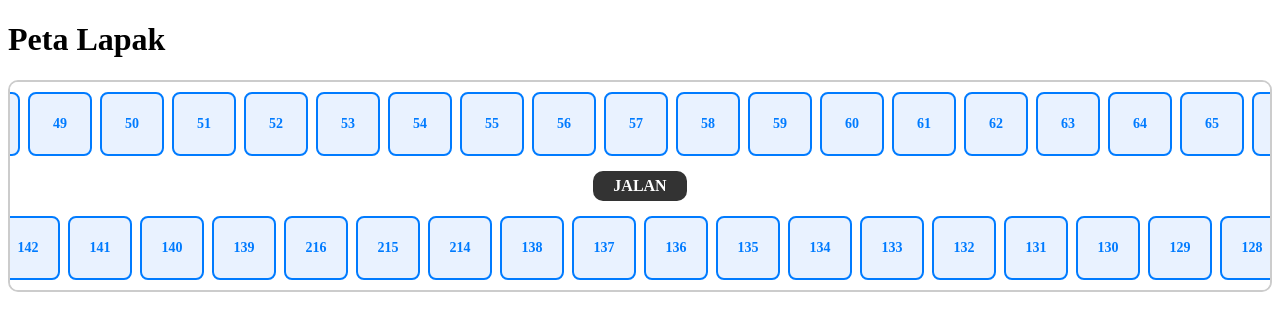
Repository: pasarrakyatbak/denah
Page: index.html
An editor plug-in stored every save of this project. The page is shown before and after the next save, followed by the edit.
The browser window is 1280 px wide. The pictures show the whole page.

Above is the page before, as saved 2025-09-19 08:02:52.

### index.html
<!DOCTYPE html>
<html lang="id">

<head>
    <meta charset="UTF-8">
    <meta name="viewport" content="width=device-width, initial-scale=1.0">
    <title>Peta Lapak</title>
    <link rel="stylesheet" href="style.css">
</head>

<body>
    <h1>Peta Lapak</h1>

    <div class="scroll-container">
        <div class="road-layout">
            <!-- Sisi Kiri -->
            <div class="side left" id="left-side"></div>

            <!-- Jalan Tengah -->
            <div class="road">JALAN</div>

            <!-- Sisi Kanan -->
            <div class="side right" id="right-side"></div>
        </div>
    </div>

    <script src="script.js"></script>
</body>

</html>

### style.css
/* Kontainer scroll horizontal */
.scroll-container {
    max-width: 100%;
    overflow-x: auto;
    border: 2px solid #ccc;
    border-radius: 10px;
    background: #fff;
    white-space: nowrap;
    padding: 10px;
}

/* Layout: atas (kanan) - jalan - bawah (kiri) */
.road-layout {
    display: flex;
    flex-direction: column;
    /* urut ke bawah */
    align-items: center;
    gap: 15px;
}

/* Kolom sisi jadi horizontal */
.side {
    display: flex;
    flex-direction: row;
    gap: 8px;
}

/* Jalan horizontal */
.road {
    writing-mode: horizontal-tb;
    font-weight: bold;
    background: #333;
    color: #fff;
    padding: 6px 20px;
    border-radius: 10px;
}

/* Kotak lapak */
.lapak {
    width: 60px;
    height: 60px;
    display: flex;
    align-items: center;
    justify-content: center;
    border: 2px solid #007bff;
    border-radius: 8px;
    background: #e9f2ff;
    font-size: 14px;
    font-weight: bold;
    color: #007bff;
}

/* Gerbang */
.jalan-gerbang {
    width: 60px;
    height: 60px;
    background: orange;
    color: white;
    font-weight: bold;
    display: flex;
    align-items: center;
    justify-content: center;
    border-radius: 6px;
    writing-mode: horizontal-tb;
}

/* Responsif */
@media (max-width: 1024px) {
    .lapak {
        width: 50px;
        height: 50px;
        font-size: 12px;
    }
}

@media (max-width: 600px) {
    .lapak {
        width: 40px;
        height: 40px;
        font-size: 11px;
    }
}

### script.js
// Nomor lapak sisi kiri
const leftNumbers = [
    1, 2, 3, 4, 5, 6, 7, 8, 9, 10, 11,
    15, 16, 17, 18, 19, 20, 21, 22, 23, 24, 25, 26, 27, 28, 29, 30,
    31, 32, 33, 34, 35, 36, 37, 38, 39, 40, 41, 42, 43, 44, 45, 46, 47, 48, 49, 50,
    51, 52, 53, 54, 55, 56, 57, 58, 59, 60, 61, 62, 63, 64, 65, 66, 67, 68, 69, 70,
    71, 72, 73, 74, 75, 76, 77, 78, 79, 80, 81, 82, 83, 84, 85, 86, 87, 88, 89, 90,
    91, 92, 93, 94, 95, 96, 97, 98, 99, 100, 101, 102, 103, 104,
    186, 187, 188, 189, 190, 191, 192, 193
];
const leftSide = document.getElementById("left-side");

// Nomor lapak sisi kanan (tetap sama daftarnya)
const rightNumbers = [
    194, 195, 196, 197, 198, 199, 200, 201, 202, 203, 204, 205, 206, 207, 208, 209, 210, 211, 212, 213,
    105, 106, 107, 108, 109, 110, 111, 112, 113, 114, 115, 116, 117, 118, 119, 120, 121, 122, 123, 124,
    125, 126, 127, 128, 129, 130, 131, 132, 133, 134, 135, 136, 137, 138,
    214, 215, 216,
    139, 140, 141, 142, 143, 144, 145, 146, 147, 148, 149, 150, 151, 152, 153, 154, 155, 156, 157, 158, 159, 160,
    161, 162, 163, 164, 165, 166, 167, 168, 169, 170, 171, 172, 173, 174, 175, 176, 177, 178, 179, 180,
    181, 182, 183, 184, 185
];
leftNumbers.forEach(num => {
    const div = document.createElement("div");
    div.className = "lapak";
    div.textContent = num;
    leftSide.appendChild(div);

    // Tambahkan tanda jalan setelah nomor 2
    if (num === 2) {
        const jalanGerbang = document.createElement("div");
        jalanGerbang.className = "jalan-gerbang";
        jalanGerbang.textContent = "Gerbang Sekolah";
        leftSide.appendChild(jalanGerbang);
    }

    // Tambahkan tanda jalan setelah nomor 11
    if (num === 11) {
        const jalanGerbang = document.createElement("div");
        jalanGerbang.className = "jalan-gerbang";
        jalanGerbang.textContent = "Gerbang Sekolah";
        leftSide.appendChild(jalanGerbang);
    }
});
// Render sisi kanan dengan urutan dibalik
const rightSide = document.getElementById("right-side");
rightNumbers.slice().reverse().forEach(num => {
    const div = document.createElement("div");
    div.className = "lapak";
    div.textContent = num;
    rightSide.appendChild(div);
});

After the next save:
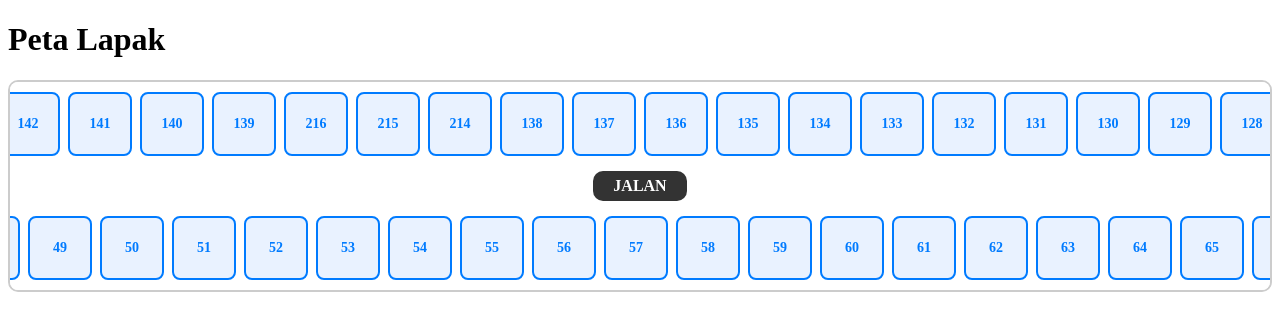
Saved 18 s later.
--- a/index.html
+++ b/index.html
@@ -13,14 +13,14 @@
 
     <div class="scroll-container">
         <div class="road-layout">
-            <!-- Sisi Kiri -->
-            <div class="side left" id="left-side"></div>
+            <!-- Sisi Kanan di Atas -->
+            <div class="side right" id="right-side"></div>
 
             <!-- Jalan Tengah -->
             <div class="road">JALAN</div>
 
-            <!-- Sisi Kanan -->
-            <div class="side right" id="right-side"></div>
+            <!-- Sisi Kiri di Bawah -->
+            <div class="side left" id="left-side"></div>
         </div>
     </div>
 
